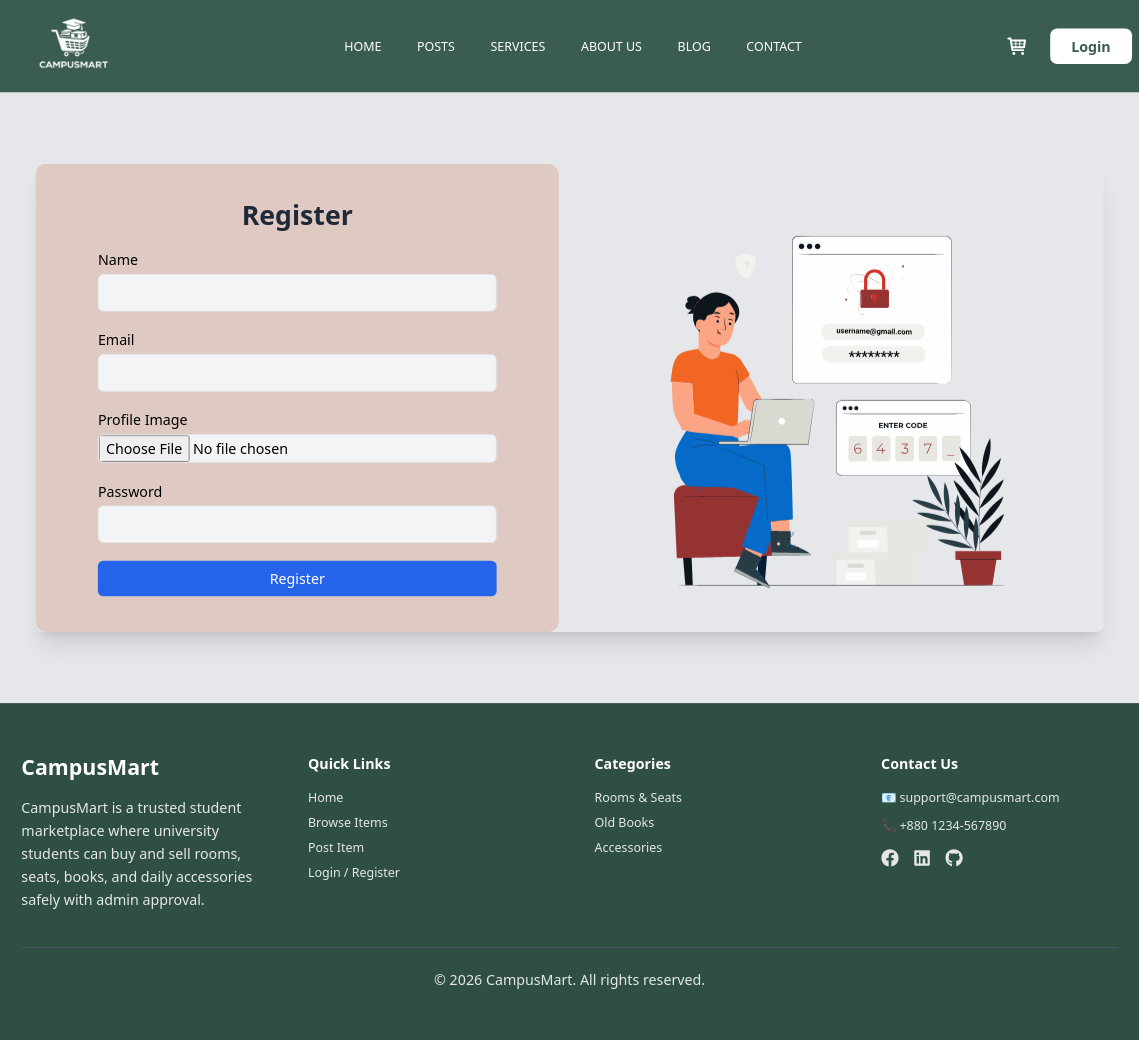
Repository: jahidhasanri/CAMPUSMART
Page: /register
These files come from the project's save history. The page is drawn as it stood at one moment and after the next save; the edit follows.
The browser window is 1280 px wide. The pictures show the whole page, at 89% of full size.
The project was rebuilt for these pictures with package versions that can differ from the ones it lists, and the page was loaded fresh each time. Also part of the build but not shown: vite.config.js, src/components/Banner.jsx, src/Pages/Home.jsx, src/Pages/Login.jsx.

Above is the page before, as saved 2026-01-13 23:31:50.

### index.html
<!doctype html>
<html lang="en">
  <head>
    <meta charset="UTF-8" />
    <link rel="icon" type="image/svg+xml" href="/vite.svg" />
    <meta name="viewport" content="width=device-width, initial-scale=1.0" />
    <title>campusmart</title>
  </head>
  <body>
    <div id="root"></div>
    <script type="module" src="/src/main.jsx"></script>
  </body>
</html>

### src/main.jsx
import { StrictMode } from 'react'
import { createRoot } from 'react-dom/client'
import './index.css'
import { RouterProvider } from 'react-router-dom'
import Router from './router/Router.jsx'


createRoot(document.getElementById('root')).render(
  <StrictMode>
    <RouterProvider router={Router} />
  </StrictMode>,
)

### src/router/Router.jsx
import { createBrowserRouter } from "react-router-dom";
import Home from "../Pages/Home.jsx";
import Main from "../components/Main.jsx";
import Login from "../Pages/Login.jsx";
import Register from "../Pages/Register.jsx";


const Router = createBrowserRouter([
  {
    path: "/",
    element: <Main></Main>,
    children:[
        {
            index:true,
            element:<Home></Home>
        },
        {
          path:"/login",
          element:<Login></Login>
        },
        {
          path:"/register",
          element:<Register></Register>
        }
    ]
  },
]);

export default Router;

### src/components/Main.jsx
import React from 'react';
import { Outlet } from 'react-router-dom';
import Navbar from './Navbar';
import Footer from './Footer';

const Main = () => {
    return (
        <div className=''>
            <Navbar></Navbar>
            <div className="min-h-[calc(100vh-422px)]">

            <Outlet></Outlet>
            </div>
            <Footer></Footer>
        </div>
    );
};

export default Main;

### src/Pages/Register.jsx
// import React, { useContext, useState } from 'react';
import { FaEye, FaEyeSlash } from 'react-icons/fa';
// import { AuthContext } from '../Provider/AuthProvider';
// import { toast } from 'react-toastify';
// import axios from 'axios';
// import { useNavigate } from 'react-router-dom';
// import { updateProfile } from 'firebase/auth';
import loginAnimation from '../json/success.json';
import Lottie from 'lottie-react';


const Register = () => {
//  const [preview, setPreview] = useState(null);
//  const [showPassword, setShowPassword] = useState(false);
//  const [error, setError] = useState("");
//  const { handelWithRegister, SetUser } = useContext(AuthContext);
//  const navigate = useNavigate();


//  const handleRegister = async (e) => {
//   e.preventDefault();
//   const form = e.target;
//   const name = form.name.value;
//   const email = form.email.value;
//   const password = form.password.value;
//   const image = form.image.files[0];

//   setError("");

//   try {
//     // Step 1: Firebase Register
//     const result = await handelWithRegister(email, password);

//     // Step 2: Image Upload
//     const formData = new FormData();
//     formData.append("image", image);

//     const imgRes = await axios.post(
//       `https://api.imgbb.com/1/upload?key=8be0cdd4b85b2bb02d8b738407647b48`,
//       formData
//     );

//     const imageUrl = imgRes.data.data.url;

//     // Step 3: Update Profile
//     await updateProfile(result.user, {
//       displayName: name,
//       photoURL: imageUrl,
//     });

//     // Step 4: Save to Database
//     await axios.post("https://resturent-management-server-three.vercel.app/users", {
//       name,
//       email,
//       image: imageUrl,
//       role: "user",
//     });

//     // Step 5: Set Context
//     SetUser({
//       email,
//       displayName: name,
//       photoURL: imageUrl,
//     });

//     toast.success("Registration successful!");
//     form.reset();
//     setPreview(null);
//     navigate("/");
//   } catch (err) {
//     console.log("Registration error: ", err);
//     toast.error("Registration failed!");
//   }
// };



//  const handleImageChange = (e) => {
//    const file = e.target.files[0];
//    if (file) {
//      setPreview(URL.createObjectURL(file));
//    }
//  };


 return (
   <div className="bg-gray-200 py-10 md:py-20 flex items-center justify-center px-4">
     <div className="w-full max-w-[1200px] h-auto grid grid-cols-1 sm:grid-cols-1 md:grid-cols-2 lg:grid-cols-2 xl:grid-cols-2 gap-6 items-center bg-cover bg-center rounded-lg overflow-hidden shadow-xl">

       {/* Form Section */}
       <div className="h-full rounded-xl flex items-center justify-center bg-[#dfcac3] p-6 md:p-10">
         <form  className="w-full max-w-md space-y-5">
           <h2 className="text-3xl font-bold mb-4 text-center text-gray-800">Register</h2>


           {/* Name Field */}
           <div>
             <label htmlFor="name" className="block mb-1 font-medium">Name</label>
             <input
               type="text"
               name="name"
               id="name"
               required
               className="w-full px-4 py-2 border rounded-md bg-gray-100 focus:ring-2 focus:ring-blue-500 focus:border-blue-500"
             />
           </div>


           {/* Email Field */}
           <div>
             <label htmlFor="email" className="block mb-1 font-medium">Email</label>
             <input
               type="email"
               name="email"
               id="email"
               required
               className="w-full px-4 py-2 border rounded-md bg-gray-100 focus:ring-2 focus:ring-blue-500 focus:border-blue-500"
             />
           </div>


           {/* Image Upload */}
           <div>
             <label htmlFor="image" className="block mb-1 font-medium">Profile Image</label>
             <input
               type="file"
               name="image"
               id="image"
               accept="image/*"
               required
            //    onChange={handleImageChange}
               className="w-full border rounded-md bg-gray-100 focus:ring-2 focus:ring-blue-500"
             />
             {/* {preview && (
               <img src={preview} alt="Preview" className="mt-2 w-24 h-24 object-cover rounded-full border" />
             )} */}
           </div>


           {/* Password Field */}
           <div className="relative">
             <label htmlFor="password" className="block mb-1 font-medium">Password</label>
             <input
            //    type={showPassword ? "text" : "password"}
            type='password'
               name="password"
               id="password"
               required
               className="w-full px-4 py-2 border rounded-md bg-gray-100 pr-10 focus:ring-2 focus:ring-blue-500 focus:border-blue-500"
             />
             <span
               className="absolute top-10 right-3 cursor-pointer text-gray-600"
            //    onClick={() => setShowPassword(!showPassword)}
             >
               {/* {showPassword ? <FaEyeSlash /> : <FaEye />} */}
             </span>
           </div>


           {/* Error Message */}
           {/* {error && <p className="text-red-600 text-sm">{error}</p>} */}


           {/* Submit Button */}
           <button
             type="submit"
             className="w-full bg-blue-600 text-white py-2 rounded-md hover:bg-blue-700 transition"
           >
             Register
           </button>
         </form>
       </div>


       {/* Animation Section */}
       <div className="w-full flex justify-center items-center p-4 md:p-0">
         <Lottie animationData={loginAnimation} loop={true} style={{ width: "100%", height: "100%", maxWidth: 400, maxHeight: 400 }} />
       </div>


     </div>
   </div>
 );
};


export default Register;

### src/components/Category.jsx
/* eslint-disable no-unused-vars */

import { motion } from "framer-motion";
import { FaHome, FaBook, FaShoppingBag } from "react-icons/fa";

const categories = [
  {
    title: "Rooms & Seats",
    desc: "Find or rent rooms and seats near your campus easily.",
    icon: <FaHome />,
  },
  {
    title: "Old Books",
    desc: "Buy and sell previous semester books at affordable prices.",
    icon: <FaBook />,
  },
  {
    title: "Accessories",
    desc: "Daily student essentials like bags, calculators, gadgets & more.",
    icon: <FaShoppingBag />,
  },
];

const fadeUp = {
  hidden: { opacity: 0, y: 60 },
  visible: {
    opacity: 1,
    y: 0,
    transition: {
      duration: 0.7,
      ease: "easeOut",
    },
  },
};

const Categories = () => {
  return (
    <section className="py-20 bg-[#f5f7f6]">
      <div className="max-w-[1300px] mx-auto px-6">

        {/* TITLE */}
        <motion.div
          variants={fadeUp}
          initial="hidden"
          whileInView="visible"
          viewport={{ once: true }}
          className="text-center mb-16"
        >
          <h2 className="text-3xl md:text-4xl font-bold text-gray-800 mb-4">
            Browse by Category
          </h2>
          <p className="text-gray-600 max-w-xl mx-auto">
            Explore categories specially designed for university students.
          </p>
        </motion.div>

        {/* CARDS */}
        <div className="grid grid-cols-1 md:grid-cols-2 lg:grid-cols-3 gap-10">
          {categories.map((item, index) => (
            <motion.div
              key={index}
              variants={fadeUp}
              initial="hidden"
              whileInView="visible"
              viewport={{ once: true }}
              transition={{ delay: index * 0.15 }}
              className="bg-white rounded-2xl p-8 shadow-md hover:shadow-lg transition-shadow duration-300"
            >
              <div className="text-4xl text-[#3b5d50] mb-6">
                {item.icon}
              </div>

              <h3 className="text-xl font-semibold text-gray-800 mb-3">
                {item.title}
              </h3>

              <p className="text-gray-600 text-sm leading-relaxed">
                {item.desc}
              </p>
            </motion.div>
          ))}
        </div>

      </div>
    </section>
  );
};

export default Categories;

### src/components/HowItWorks.jsx
/* eslint-disable no-unused-vars */
import { useState } from "react";
import { motion, AnimatePresence } from "framer-motion";
import { FaUserPlus, FaUpload, FaCheckCircle, FaHandshake, FaSearch, FaInfoCircle, FaPhone, FaShoppingCart } from "react-icons/fa";

const sellerSteps = [
  { id: 1, icon: <FaUserPlus />, title: "Register / Login", desc: "Create your student account to start selling rooms, books, or accessories." },
  { id: 2, icon: <FaUpload />, title: "Post Your Item", desc: "Add rooms, books, seats, or accessories for sale, submit for admin approval." },
  { id: 3, icon: <FaCheckCircle />, title: "Admin Approval", desc: "Admin reviews and approves your post before it goes live." },
  { id: 4, icon: <FaHandshake />, title: "Connect & Deal", desc: "Once approved, buyers can contact you to complete the transaction safely." },
];

const buyerSteps = [
  { id: 1, icon: <FaSearch />, title: "Browse Items", desc: "Explore available rooms, books, and accessories inside your campus." },
  { id: 2, icon: <FaInfoCircle />, title: "Check Details", desc: "See post info, price, location, and ensure it is admin approved." },
  { id: 3, icon: <FaPhone />, title: "Connect With Seller", desc: "Contact the seller safely to negotiate or ask questions." },
  { id: 4, icon: <FaShoppingCart />, title: "Buy / Rent", desc: "Complete the transaction and enjoy your new item." },
];

const fadeUp = {
  hidden: { opacity: 0, y: 60 },
  visible: { opacity: 1, y: 0, transition: { duration: 0.7, ease: "easeOut" } },
};

const HowItWorks = () => {
  const [activeTab, setActiveTab] = useState("seller");

  const steps = activeTab === "seller" ? sellerSteps : buyerSteps;

  return (
    <section className="py-20 bg-white">
      <div className="max-w-[1300px] mx-auto px-6">

        {/* SECTION TITLE + TAB */}
        <motion.div
          variants={fadeUp}
          initial="hidden"
          whileInView="visible"
          viewport={{ once: true }}
          className="text-center mb-12"
        >
          <h2 className="text-3xl md:text-4xl font-bold text-gray-800 mb-4">
            How CampusMart Works
          </h2>
          <p className="text-gray-600 max-w-xl mx-auto">
            Simple steps for both sellers and buyers inside your university community.
          </p>

          {/* Tabs */}
          <div className="flex justify-center gap-6 mt-6">
            <button
              className={`px-5 py-2 rounded-full font-semibold ${activeTab === "seller" ? "bg-[#3b5d50] text-white" : "bg-gray-200 text-gray-800"}`}
              onClick={() => setActiveTab("seller")}
            >
              Seller
            </button>
            <button
              className={`px-5 py-2 rounded-full font-semibold ${activeTab === "buyer" ? "bg-[#3b5d50] text-white" : "bg-gray-200 text-gray-800"}`}
              onClick={() => setActiveTab("buyer")}
            >
              Buyer
            </button>
          </div>
        </motion.div>

        {/* Steps Grid */}
        <div className="grid grid-cols-1 md:grid-cols-2 lg:grid-cols-4 gap-10">
          <AnimatePresence mode="wait">
            {steps.map((step, index) => (
              <motion.div
                key={step.id}
                variants={fadeUp}
                initial="hidden"
                whileInView="visible"
                exit={{ opacity: 0, y: 40, transition: { duration: 0.3 } }}
                viewport={{ once: true }}
                transition={{ delay: index * 0.15 }}
                className="bg-[#f5f7f6] p-8 rounded-2xl shadow-md hover:shadow-lg transition-shadow duration-300 text-center"
              >
                <div className="text-5xl text-[#3b5d50] mb-6">{step.icon}</div>
                <h3 className="text-xl font-semibold text-gray-800 mb-3">{step.title}</h3>
                <p className="text-gray-600 text-sm leading-relaxed">{step.desc}</p>
              </motion.div>
            ))}
          </AnimatePresence>
        </div>
      </div>
    </section>
  );
};

export default HowItWorks;

### src/components/Navbar.jsx

import { useState } from "react";
import { Link } from "react-router-dom";
import { TiShoppingCart } from "react-icons/ti";
import { HiMenuAlt3, HiX } from "react-icons/hi";

const Navbar = () => {
  const [menuOpen, setMenuOpen] = useState(false);

  const navLinks = [
    { name: "HOME", path: "/" },
    { name: "POSTS", path: "/products" },
    { name: "SERVICES", path: "/services" },
    { name: "ABOUT US", path: "/about" },
    { name: "BLOG", path: "/blog" },
    { name: "CONTACT", path: "/contact" },
  ];

  return (
    <header className="bg-[#3b5d50] text-white">
      <div className="max-w-[1300px]  mx-auto px-2 py-5">
        <div className="flex items-center justify-between h-16">

          {/* Logo */}
         <Link href={'/'}>
          <img src="/images/campu_logo-removebg-preview.png" className="w-[150px] h-26" alt="Green Nest Logo" />
         </Link>

          {/* Desktop Menu (lg only) */}
          <ul className="hidden lg:flex gap-10 font-normal text-sm">
            {navLinks.map((link) => {
              return (
                <li key={link.path}>
                  <Link
                    href={link.path}
                    className={`pb-1 transition-all duration-300`}
                  >
                    {link.name}
                  </Link>
                </li>
              );
            })}
          </ul>

          {/* Cart + Login (md and up) */}
          <Link href={'/login'} className="hidden md:flex items-center gap-6">
            <TiShoppingCart
              size={26}
              className="cursor-pointer hover:text-[#5a8139]"
            />
            <Link to={'/login'} className="bg-white text-[#3b5d50] px-6 py-2 rounded-lg font-semibold hover:bg-gray-200 transition">
                Login
              </Link>
          </Link>

          {/* Hamburger (md & sm only) */}
          <div className="lg:hidden">
            <button onClick={() => setMenuOpen(!menuOpen)}>
              {menuOpen ? <HiX size={28} /> : <HiMenuAlt3 size={28} />}
            </button>
          </div>
        </div>

        {/* Mobile + Tablet Menu */}
        {menuOpen && (
          <div className="lg:hidden mt-4">
            <ul className="flex flex-col gap-4 font-medium">
              {navLinks.map((link) => {
                return (
                  <li key={link.path}>
                    <Link
                      href={link.path}
                      onClick={() => setMenuOpen(false)}
                      className={`block pb-1`}
                    >
                      {link.name}
                    </Link>
                  </li>
                );
              })}
            </ul>

                <Link href={'/login'} className=" md:hidden items-center gap-6">
            <TiShoppingCart
              size={26}
              className="cursor-pointer mb-5 mt-5 hover:text-[#5a8139]"
            />
            <button className="bg-[#5a8139] mb-5 hover:bg-[#5b8139d7] px-4 py-1.5 cursor-pointer rounded">
              Login
            </button>
          </Link>

          </div>
        )}
      </div>
    </header>
  );
};

export default Navbar;

### src/components/Footer.jsx
import { FaFacebook, FaLinkedin, FaGithub } from "react-icons/fa";

const Footer = () => {
  return (
    <footer className="bg-[#2f4f43] text-gray-200">
      <div className="max-w-[1300px] mx-auto px-6 py-14">
        <div className=" grid grid-cols-1 md:grid-cols-2 lg:grid-cols-4 gap-14">

          {/* BRAND */}
          <div className="">
            <h2 className="text-2xl font-bold text-white mb-4">
              CampusMart
            </h2>
            <p className="text-[16px] leading-relaxed">
              CampusMart is a trusted student marketplace where university
              students can buy and sell rooms, seats, books, and daily
              accessories safely with admin approval.
            </p>
          </div>

          {/* QUICK LINKS */}
          <div>
            <h3 className="text-[16px] font-semibold text-white mb-4">
              Quick Links
            </h3>
            <ul className="space-y-2 text-sm">
              <li className="hover:text-white cursor-pointer">Home</li>
              <li className="hover:text-white cursor-pointer">Browse Items</li>
              <li className="hover:text-white cursor-pointer">Post Item</li>
              <li className="hover:text-white cursor-pointer">Login / Register</li>
            </ul>
          </div>

          {/* CATEGORIES */}
          <div>
            <h3 className="text-[16px] font-semibold text-white mb-4">
              Categories
            </h3>
            <ul className="space-y-2 text-sm">
              <li className="hover:text-white cursor-pointer">Rooms & Seats</li>
              <li className="hover:text-white cursor-pointer">Old Books</li>
              <li className="hover:text-white cursor-pointer">Accessories</li>
            </ul>
          </div>

          {/* CONTACT */}
          <div>
            <h3 className="text-[16px] font-semibold text-white mb-4">
              Contact Us
            </h3>
            <p className="text-sm mb-3">📧 support@campusmart.com</p>
            <p className="text-sm mb-4">📞 +880 1234-567890</p>

            <div className="flex gap-4 text-xl">
              <FaFacebook className="hover:text-white cursor-pointer" />
              <FaLinkedin className="hover:text-white cursor-pointer" />
              <FaGithub className="hover:text-white cursor-pointer" />
            </div>
          </div>

        </div>

        {/* BOTTOM */}
        <div className="border-t border-gray-600 mt-10 pt-6 text-center text-[16px]">
          © {new Date().getFullYear()} CampusMart. All rights reserved.
        </div>
      </div>
    </footer>
  );
};

export default Footer;

Loaded but not shown: src/index.css (common file); src/json/success.json (common file); tailwind.config.js (common file)

After the next save:
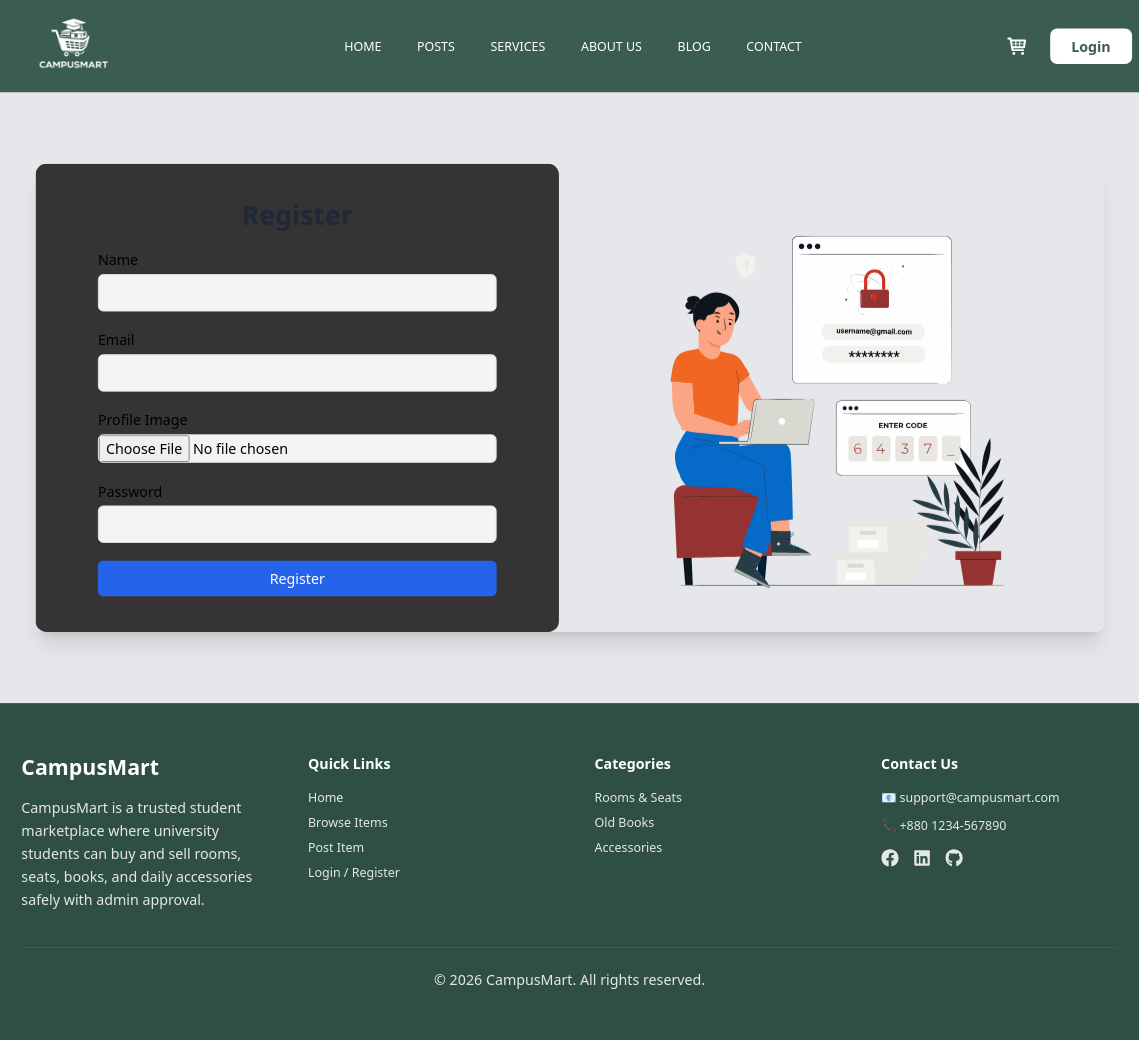
Saved 6 min 59 s later.
--- a/src/Pages/Register.jsx
+++ b/src/Pages/Register.jsx
@@ -1,6 +1,5 @@
 // import React, { useContext, useState } from 'react';
 import { FaEye, FaEyeSlash } from 'react-icons/fa';
-// import { AuthContext } from '../Provider/AuthProvider';
 // import { toast } from 'react-toastify';
 // import axios from 'axios';
 // import { useNavigate } from 'react-router-dom';
@@ -88,7 +87,7 @@ const Register = () => {
      <div className="w-full max-w-[1200px] h-auto grid grid-cols-1 sm:grid-cols-1 md:grid-cols-2 lg:grid-cols-2 xl:grid-cols-2 gap-6 items-center bg-cover bg-center rounded-lg overflow-hidden shadow-xl">
 
        {/* Form Section */}
-       <div className="h-full rounded-xl flex items-center justify-center bg-[#dfcac3] p-6 md:p-10">
+       <div className="h-full rounded-xl flex items-center justify-center bg-[#353333] p-6 md:p-10">
          <form  className="w-full max-w-md space-y-5">
            <h2 className="text-3xl font-bold mb-4 text-center text-gray-800">Register</h2>
 
